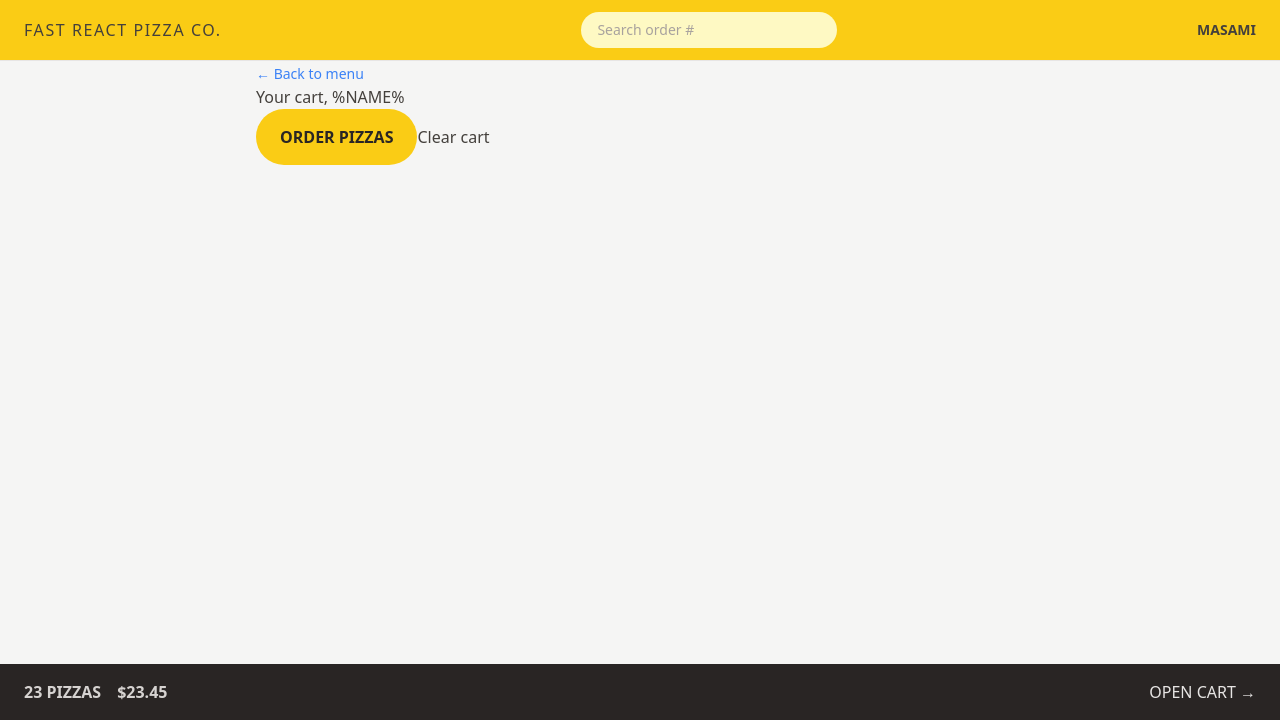
Repository: masamichan/pizza-vite
Page: /cart
These files come from the project's save history. The page is drawn as it stood at one moment and after the next save; the edit follows.
The browser window is 1280 px wide. The pictures show the whole page.
The project was rebuilt for these pictures with package versions that can differ from the ones it lists, and the page was loaded fresh each time. Also part of the build but not shown: vite.config.js, src/ui/Home.jsx, src/services/apiRestaurant.js, src/utils/helpers.js, src/features/menu/MenuItem.jsx, src/features/menu/Menu.jsx, src/features/order/CreateOrder.jsx, src/features/order/Order.jsx and 1 more. Imported but missing from the stored project, and not drawn on this page: src/features/user/CreateUser.

Above is the page before, as saved 2023-12-22 17:47:39.

After the next save:
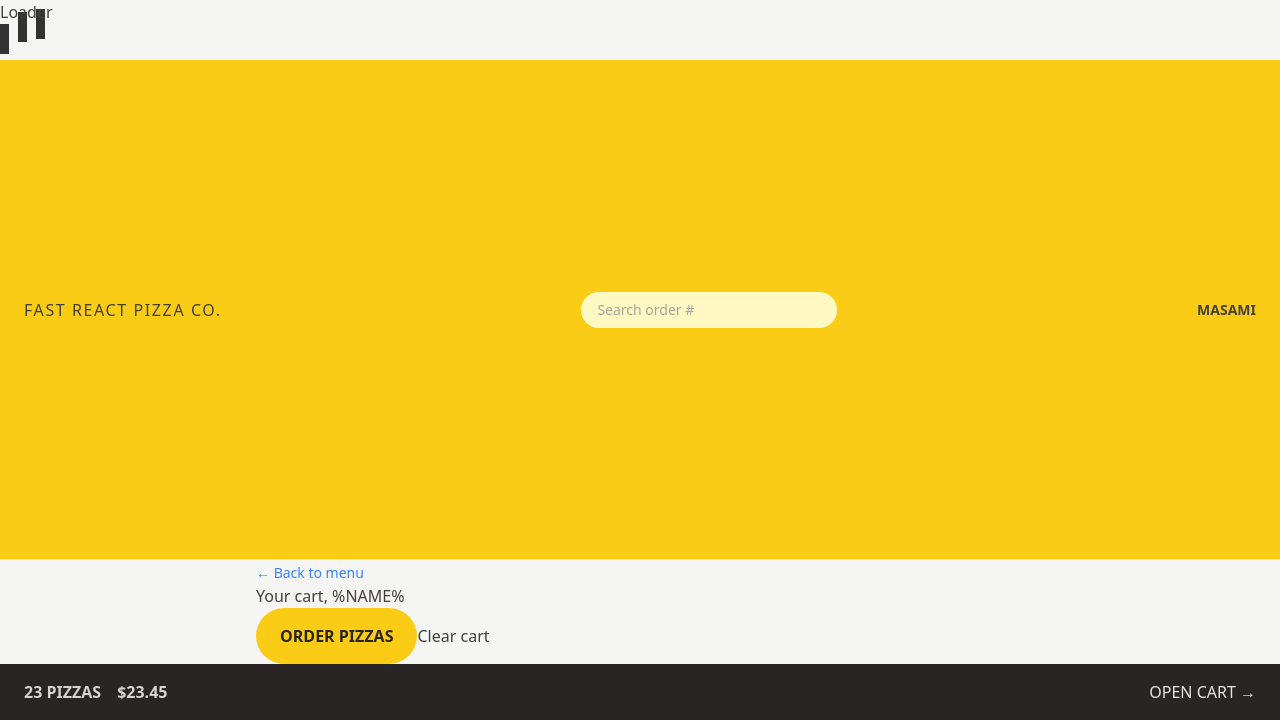
Saved 84 s later.
--- a/src/ui/AppLayout.jsx
+++ b/src/ui/AppLayout.jsx
@@ -8,7 +8,8 @@ function AppLayout() {
   const isLoading = navigation.state === 'loading';
   return (
     <div className="grid h-screen grid-rows-[auto_1fr_auto]">
-      {isLoading && <Loader />}
+      {/* {isLoading && <Loader />} */}
+      {true && <Loader />}
 
       <Header />
       <div className="overflow-scroll">

After the save that followed:
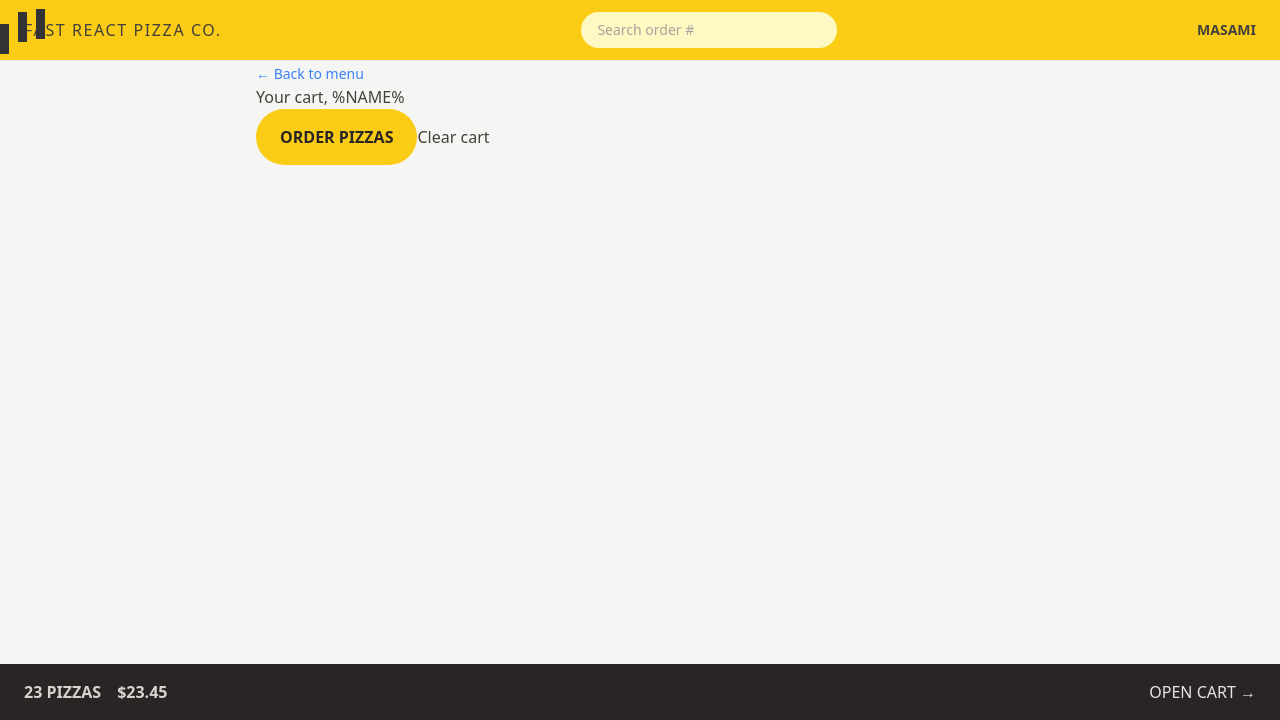
Saved 2 min 36 s later.
--- a/src/ui/Loader.jsx
+++ b/src/ui/Loader.jsx
@@ -1,7 +1,7 @@
 function Loader() {
   return (
-    <div>
-      <div className="loader">Loader</div>
+    <div className="absolute">
+      <div className="loader"></div>
     </div>
   );
 }
